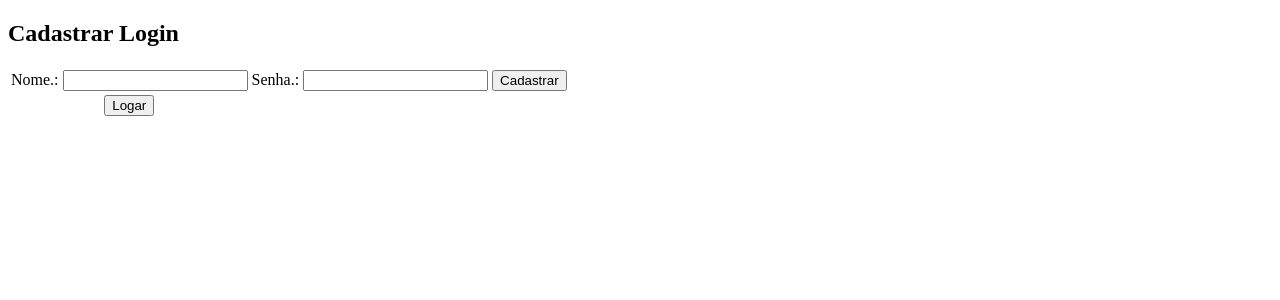
Repository: leonerdy-666/Estudos
Page: http://localhost/SistemaLogin/cadastrarLogin.jsp
The author's editor kept a copy of each file at every save. The page is drawn from the files as they stood at one save, then again after the next save.
The browser window is 1280 px wide. The pictures show the whole page.
The page is served by Tomcat 9.

Above is the page before, as saved 2016-06-03 19:34:13.

After the next save:
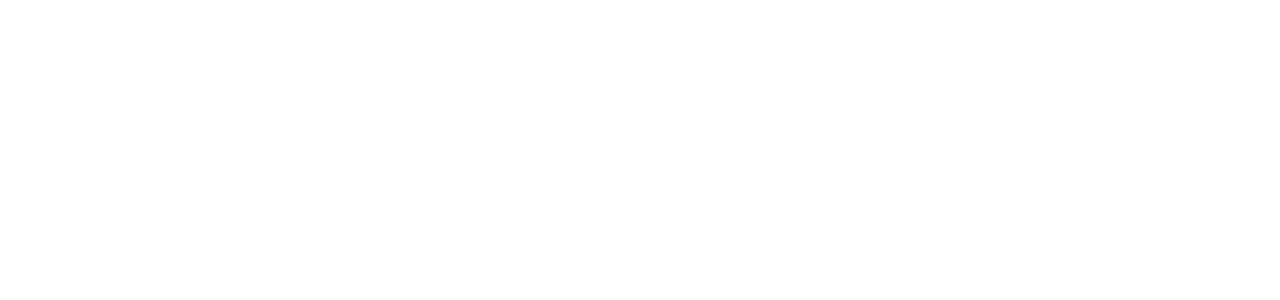
Saved 17 s later.
--- a/Udemy/java/JavaWeb1/Sistema/Workspace/SistemaLogin/WebContent/cadastrarLogin.jsp
+++ b/Udemy/java/JavaWeb1/Sistema/Workspace/SistemaLogin/WebContent/cadastrarLogin.jsp
@@ -5,6 +5,8 @@
 <head>
 <meta http-equiv="Content-Type" content="text/html; charset=ISO-8859-1">
 <title>Cadastro de Usuário</title>
+<script type="text/javascript" src="validarCampos.js">
+
 </head>
 <body>
  <h2>Cadastrar Login</h2>

After the save that followed:
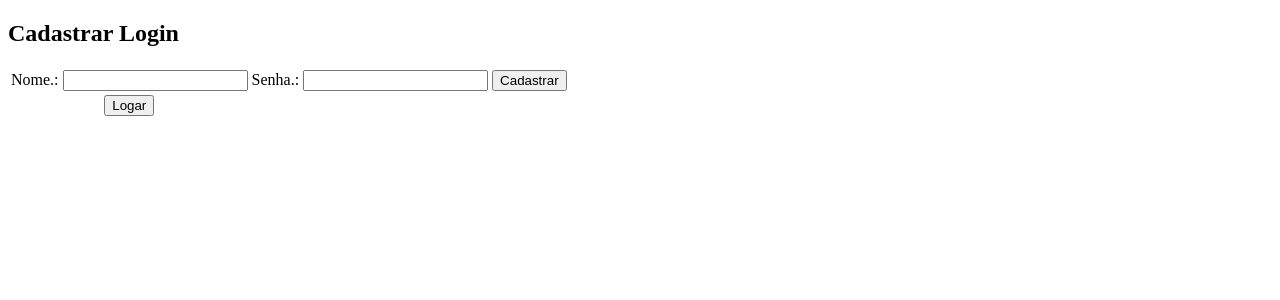
Saved 50 s later.
--- a/Udemy/java/JavaWeb1/Sistema/Workspace/SistemaLogin/WebContent/cadastrarLogin.jsp
+++ b/Udemy/java/JavaWeb1/Sistema/Workspace/SistemaLogin/WebContent/cadastrarLogin.jsp
@@ -6,7 +6,7 @@
 <meta http-equiv="Content-Type" content="text/html; charset=ISO-8859-1">
 <title>Cadastro de Usuário</title>
 <script type="text/javascript" src="validarCampos.js">
-
+</script>
 </head>
 <body>
  <h2>Cadastrar Login</h2>
